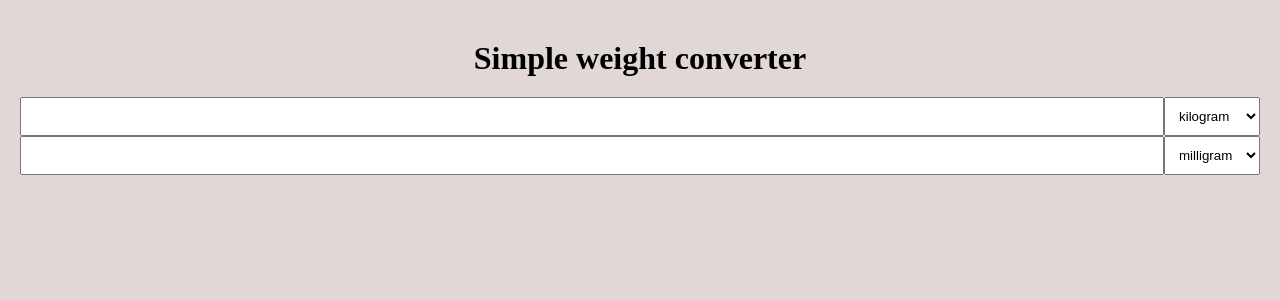
Repository: Eugene44-hub/weight-converter
Page: index.html
These files come from the project's save history. The page is drawn as it stood at one moment and after the next save; the edit follows.
The browser window is 1280 px wide. The pictures show the whole page.

Above is the page before, as saved 2021-09-20 04:51:53.

After the next save:
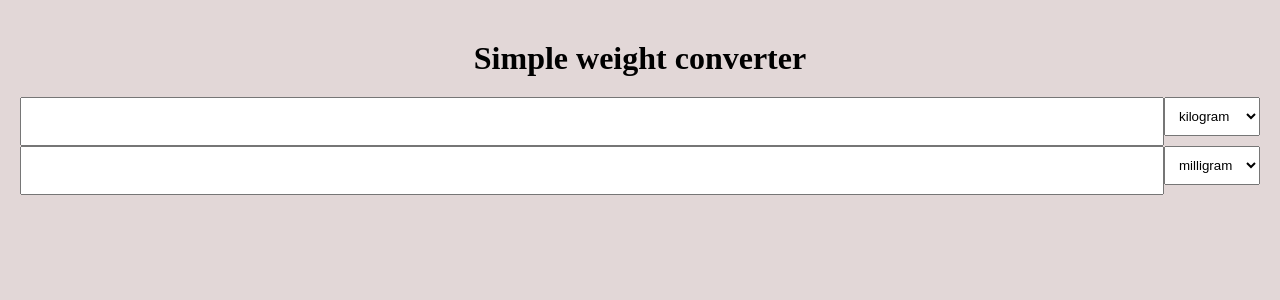
Saved 18 s later.
--- a/style.css
+++ b/style.css
@@ -21,7 +21,7 @@
 
 select {
     padding: 10px;
-    mari
+    margin-bottom: 10px;
 }
 
 .converter {

After the save that followed:
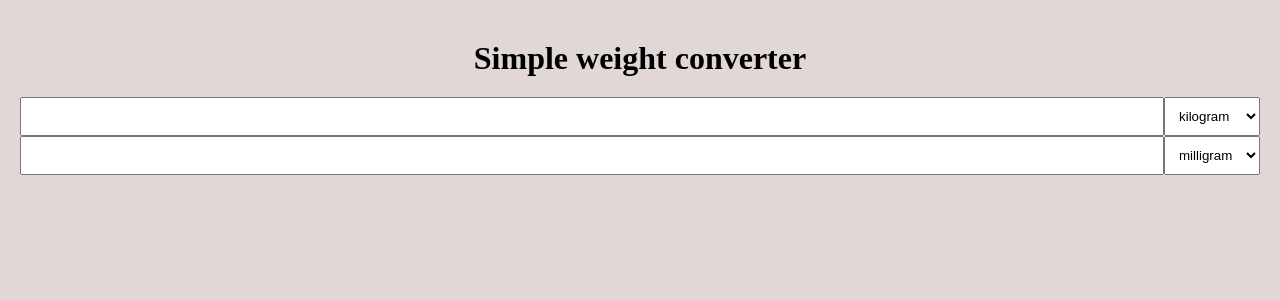
Saved 6 s later.
--- a/style.css
+++ b/style.css
@@ -21,7 +21,7 @@
 
 select {
     padding: 10px;
-    margin-bottom: 10px;
+    margin-bottom: 10pxp;
 }
 
 .converter {
